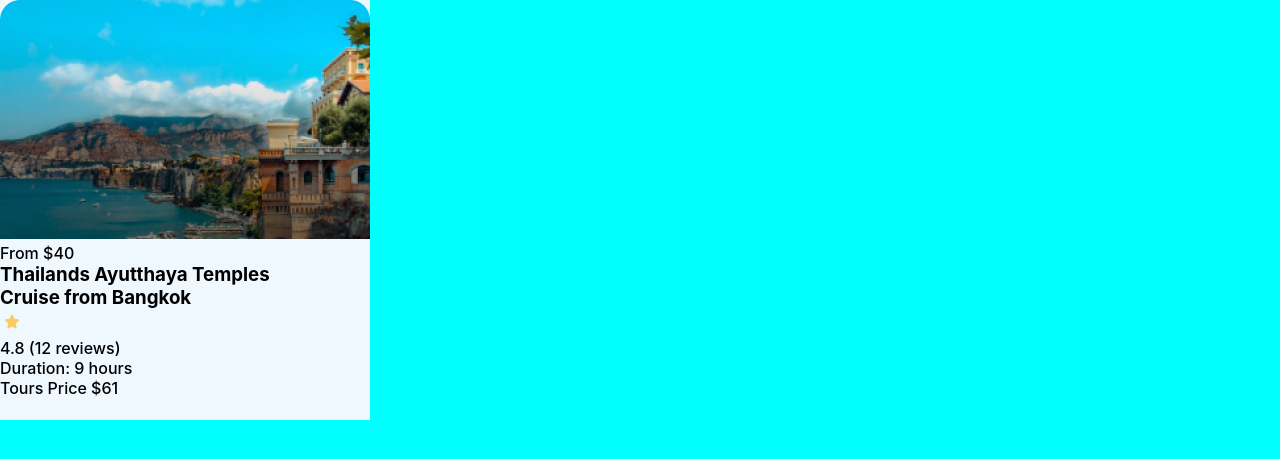
Repository: nguyentuankiet-k61/K_IT-demo
Page: index.html
These files come from the project's save history. The page is drawn as it stood at one moment and after the next save; the edit follows.
The browser window is 1280 px wide. The pictures show the whole page.
Some web fonts or font styles are not loaded; a fallback is used.

Above is the page before, as saved 2022-09-29 15:02:01.

### index.html
<!DOCTYPE html>
<html lang="en">
<head>
    <meta charset="UTF-8">
    <meta http-equiv="X-UA-Compatible" content="IE=edge">
    <meta name="viewport" content="width=device-width, initial-scale=1.0">
    <title>HTML CSS Master</title>
    <link rel = "preconnect" href = "https://fonts.googleapis.com">
    <link rel = "preconnect" href = "https://fonts.gstatic.com" crossorigin>
    <link href = "https: //fonts.googleapis.com/css2? family = Inter: wght @ 500; 600 & display = swap "rel =" stylesheet ">
    <link rel="stylesheet" href="./CSS/app.css">
</head>
<body>
 <div class="Tours">
    <div class="Tours_top">
        <img src="./image/image1.png" alt="this is a image"/>
        <span class="Tours_price">From $40</span>
    </div>
    <div class="Tours_content">
        <div class="Tourrs_title">
            <h3>Thailands Ayutthaya Temples
                Cruise from Bangkok</h3>
        </div>
        <div class="Tours_ratting">
            <div class="Tours_star">
                <img src="./image/img-star.png" alt="this is image"/>
            </div>
            <div class="Tours_review">
                4.8 (12 reviews)
            </div>
            <div class="Tours_duration">Duration: 9 hours

            </div>
        </div>
        <div class="Tours_botton">Tours Price $61</div>
    </div>

 </div>
</body>
</html>

### CSS/app.css
*{
    margin: 0;
    padding: 0;
    box-sizing: border-box;
}
body{
    background-color: aqua;
    font-family: 'Inter', sans-serif;
    font-weight: 500;

}
.Tours{
    width: 370px;
    height: 420px;
    background-color: aliceblue;
}
.Tours_content{
    width: 330px;
    height: 147px;
}

After the next save:
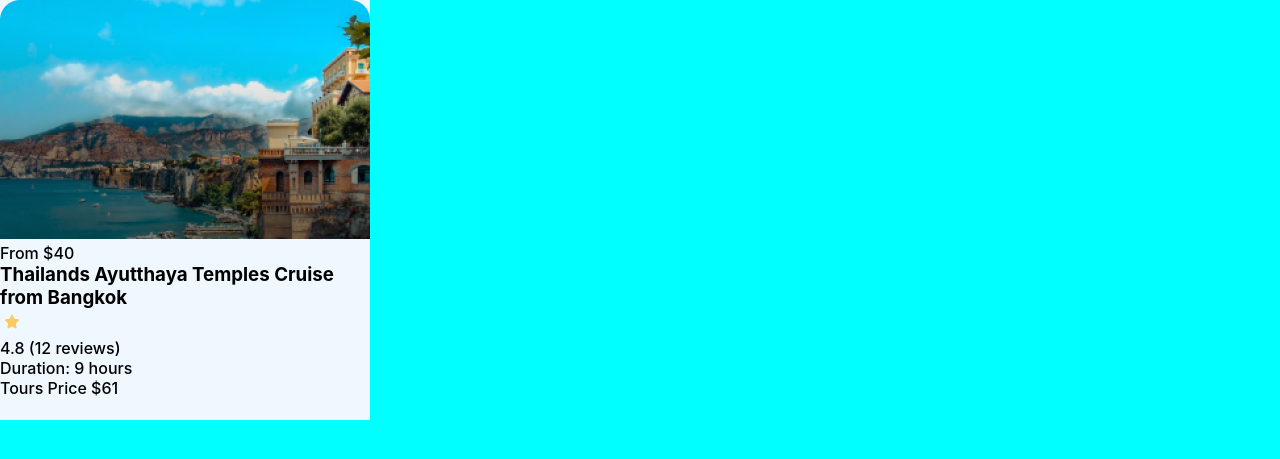
Saved 2 min 16 s later.
--- a/CSS/app.css
+++ b/CSS/app.css
@@ -15,6 +15,5 @@ body{
     background-color: aliceblue;
 }
 .Tours_content{
-    width: 330px;
-    height: 147px;
+
 }
